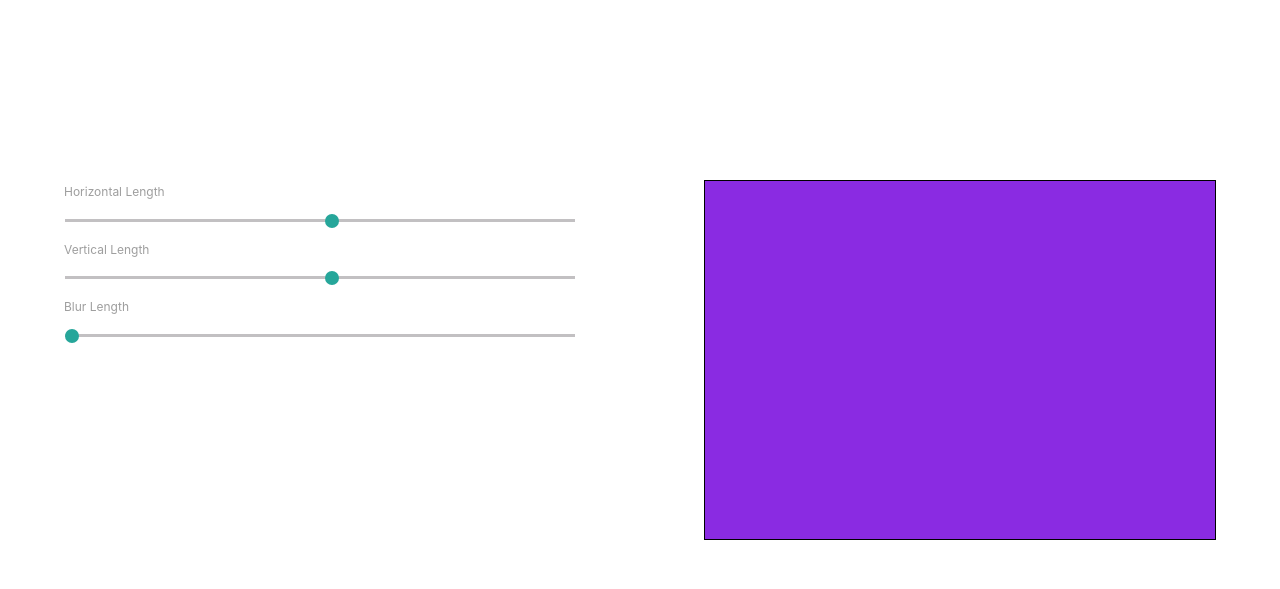
Repository: imrvj/Box-Shadow
Page: /
These files come from the project's save history. The page is drawn as it stood at one moment and after the next save; the edit follows.
The browser window is 1280 px wide. The pictures show the whole page.
The project was rebuilt for these pictures with package versions that can differ from the ones it lists, and the page was loaded fresh each time.

Above is the page before, as saved 2020-02-19 23:30:20.

### public/index.html
<!DOCTYPE html>
<html lang="en">
  <head>
    <meta charset="utf-8" />
    <link rel="icon" href="%PUBLIC_URL%/favicon.ico" />
    <meta name="viewport" content="width=device-width, initial-scale=1" />
    <meta name="theme-color" content="#000000" />
    <meta
      name="description"
      content="Web site created using create-react-app"
    />
    <link rel="apple-touch-icon" href="%PUBLIC_URL%/logo192.png" />
    <!--
      manifest.json provides metadata used when your web app is installed on a
      user's mobile device or desktop. See https://developers.google.com/web/fundamentals/web-app-manifest/
    -->
    <link rel="manifest" href="%PUBLIC_URL%/manifest.json" />
    <!--
      Notice the use of %PUBLIC_URL% in the tags above.
      It will be replaced with the URL of the `public` folder during the build.
      Only files inside the `public` folder can be referenced from the HTML.

      Unlike "/favicon.ico" or "favicon.ico", "%PUBLIC_URL%/favicon.ico" will
      work correctly both with client-side routing and a non-root public URL.
      Learn how to configure a non-root public URL by running `npm run build`.
    -->
    <!-- Compiled and minified CSS -->
    <link rel="stylesheet" href="https://cdnjs.cloudflare.com/ajax/libs/materialize/1.0.0/css/materialize.min.css">

    <title>React App</title>
  </head>
  <body>
    <noscript>You need to enable JavaScript to run this app.</noscript>
    <div id="root"></div>
    <!--
      This HTML file is a template.
      If you open it directly in the browser, you will see an empty page.

      You can add webfonts, meta tags, or analytics to this file.
      The build step will place the bundled scripts into the <body> tag.

      To begin the development, run `npm start` or `yarn start`.
      To create a production bundle, use `npm run build` or `yarn build`.
    -->
       <!-- Compiled and minified JavaScript -->
       <script src="https://cdnjs.cloudflare.com/ajax/libs/materialize/1.0.0/js/materialize.min.js"></script>

  </body>
</html>

### src/App.js
import React, { useState } from 'react';

import './App.css';

function App() {
  const [Hori, setHori] = useState(10)
  const [Veri, setVeri] = useState(10)
  const [Blur, setBlur] = useState(0)
  return (
    <div className="App">

      <div className="controls">
      <label>Horizontal Length</label>
      <input type="range"  min="-200" max="200" value={Hori} onChange={(e)=>setHori(e.target.value)}/>
      <label>Vertical Length</label>
      <input type="range"  min="-200" max="200" value={Veri} onChange={(e)=>setVeri(e.target.value)}/>
      <label>Blur Length</label>
      <input type="range"  min="0" max="200" value={Blur} onChange={(e)=>setBlur(e.target.value)}/>
     </div>
      <div className="output">
        <div className="Box" style={{boxShadow:`${Hori}px ${Veri}px ${Blur}px`}}></div>
      </div>
    </div>
  );
}

export default App;

### src/App.css
.App
{
    display: flex;
    justify-content: space-around;
    height: 100vh;
    align-items: center;
}

.Box
{
    width: 40vw;
    height: 50vh;
    border: solid 1px black;
    background-color: blueviolet;
    color:white;
}

.controls
{
    width: 40vw;
    height: 50vh;
}

Loaded but not shown: src/index.js (common file); src/index.css (common file); src/serviceWorker.js (common file)

After the next save:
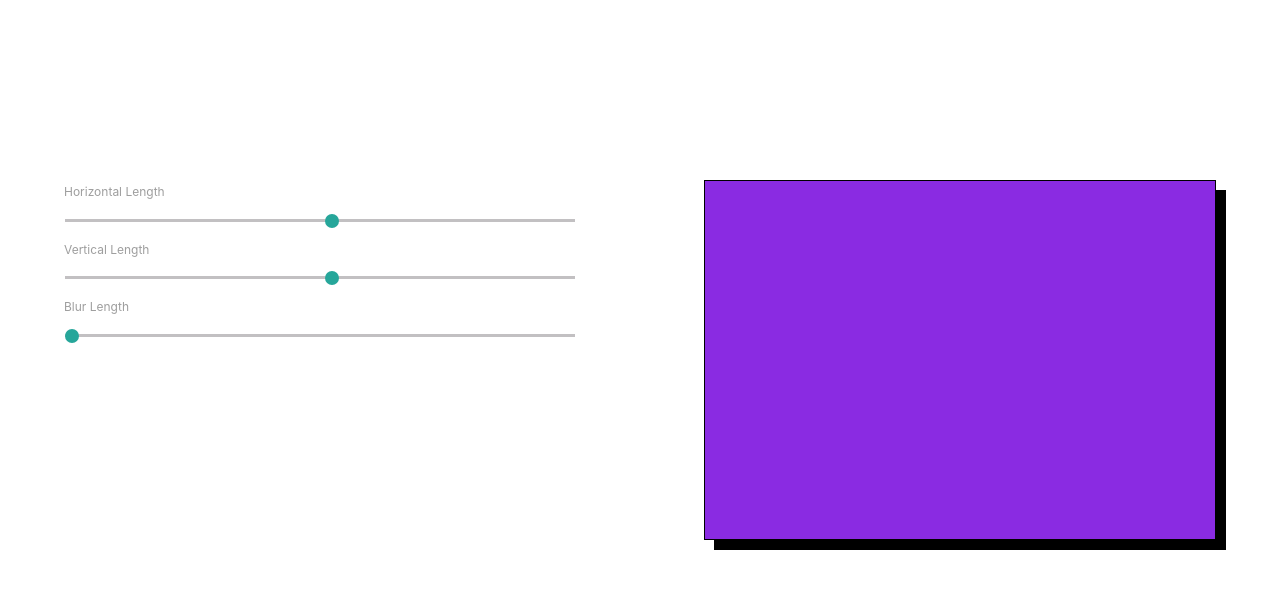
Saved 44 s later.
--- a/src/App.js
+++ b/src/App.js
@@ -18,7 +18,7 @@ function App() {
       <input type="range"  min="0" max="200" value={Blur} onChange={(e)=>setBlur(e.target.value)}/>
      </div>
       <div className="output">
-        <div className="Box" style={{boxShadow:`${Hori}px ${Veri}px ${Blur}px`}}></div>
+        <div className="Box" style={{boxShadow:`${Hori}px ${Veri}px ${Blur}px black`}}></div>
       </div>
     </div>
   );
